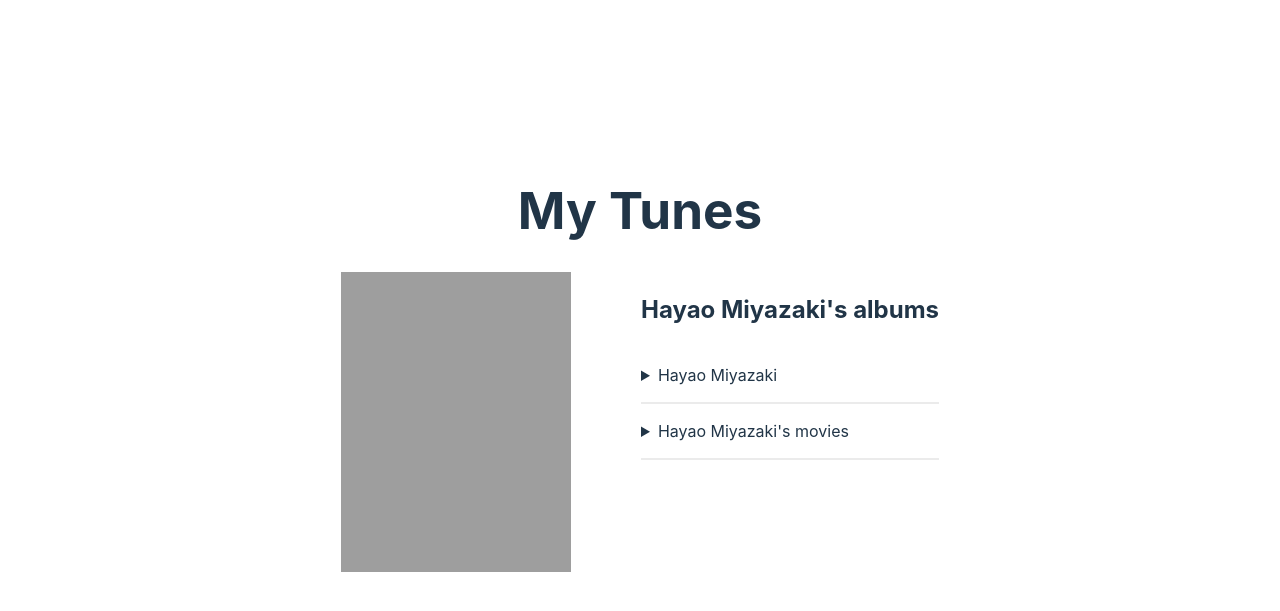
Repository: SamanthaYan298/my_app
Page: /
An editor plug-in stored every save of this project. The page is shown before and after the next save, followed by the edit.
The browser window is 1280 px wide. The pictures show the whole page.
Pictures or frames that could not be fetched are drawn as grey boxes. The project was rebuilt for these pictures with package versions that can differ from the ones it lists, and the page was loaded fresh each time. Also part of the build but not shown: vite.config.js.

Above is the page before, as saved 2024-09-14 14:44:48.

After the next save:
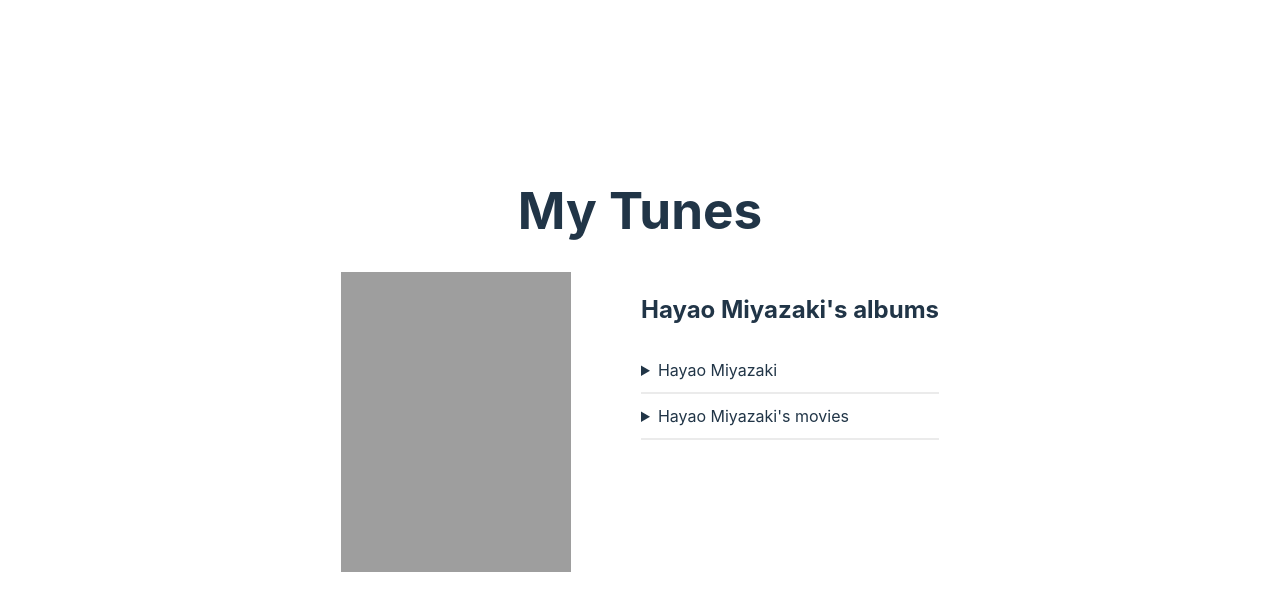
Saved 18 s later.
--- a/src/App.css
+++ b/src/App.css
@@ -19,11 +19,11 @@
 
 .categories {
   border-bottom: 2px solid rgb(235, 235, 235);
-  padding: 15px 0;
+  padding: 10px 0;
 }
 
 .categories[open] summary{
-  padding: 15px;
+  padding: 10px;
   background-color: rgb(235, 235, 235);
 }
 
